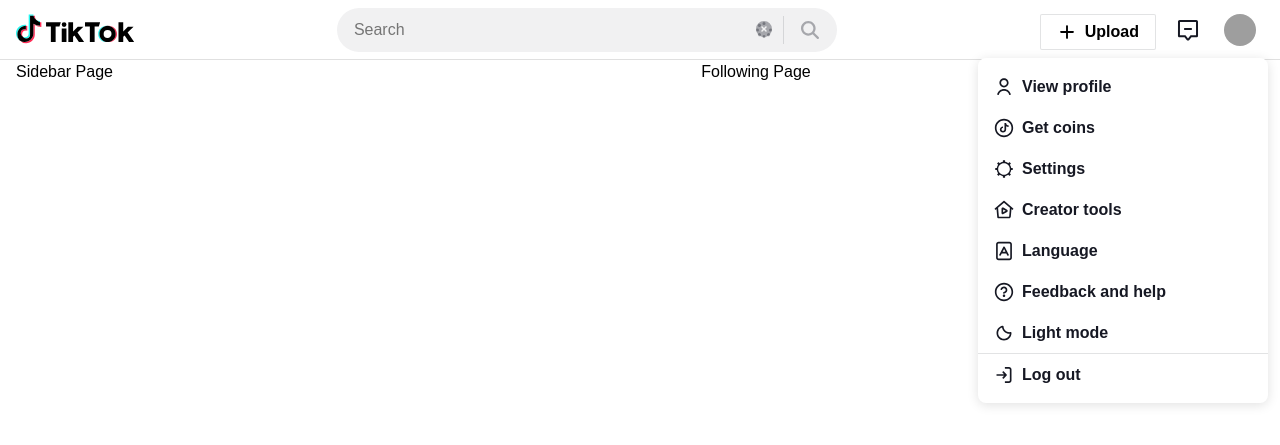
Repository: nvdao03/Tiktok
Page: /following
These files come from the project's save history. The page is drawn as it stood at one moment and after the next save; the edit follows.
The browser window is 1280 px wide. The pictures show the whole page.
Pictures or frames that could not be fetched are drawn as grey boxes. Some web fonts or font styles are not loaded; a fallback is used. The project was rebuilt for these pictures with package versions that can differ from the ones it lists, and the page was loaded fresh each time. Also part of the build but not shown: vite.config.js, src/components/AccountItem/AccountItem.module.scss, src/components/Popper/Menu/Header.jsx, src/components/Layout/HeaderOnly/index.jsx, src/pages/Home/index.jsx, src/pages/Profile/index.jsx, src/pages/Upload/index.jsx, src/pages/Search/index.jsx. Imported but missing from the stored project, and not drawn on this page: src/App.js.

Above is the page before, as saved 2025-01-08 23:07:48.

After the next save:
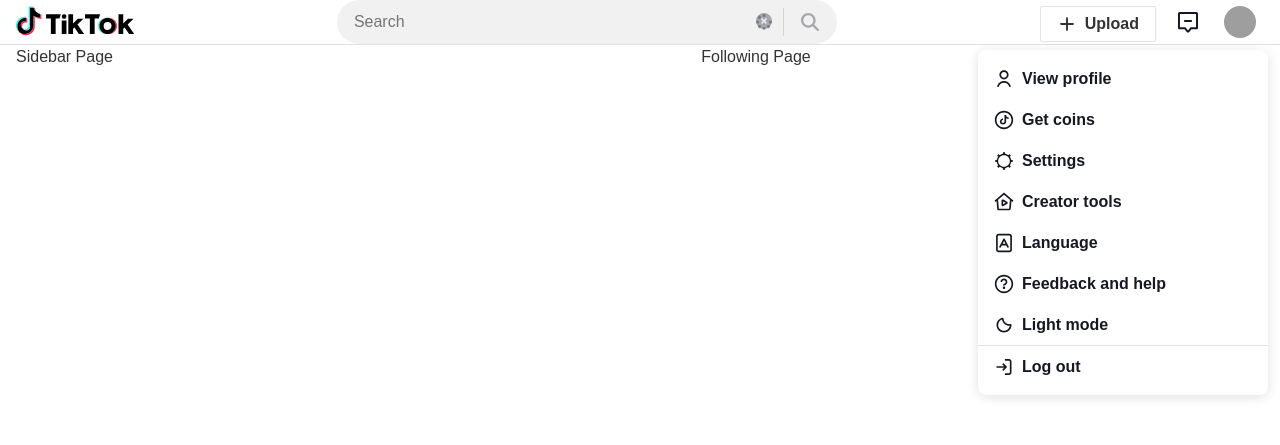
Saved 68 s later.
--- a/src/components/GlobalStyles/GlobalStyles.scss
+++ b/src/components/GlobalStyles/GlobalStyles.scss
@@ -145,13 +145,32 @@
   box-sizing: border-box;
 }
 
-:root {
-  --primary: #fe2c55;
-  --black: #000;
-  --white: #fff;
-
-  // Default Layout
-  --default-layout-header-height: 6rem;
+// :root {
+//   --primary: #fe2c55;
+//   --black: #000;
+//   --white: #fff;
+
+//   // Default Layout
+//   --default-layout-header-height: 6rem;
+// }
+
+:root[data-theme='light'] {
+  --background-color: #ffffff;
+  --text-color: #333333;
+  --primary-color: #fe2c55;
+  --secondary-background: #f8f8f8;
+}
+
+:root[data-theme='dark'] {
+  --background-color: #121212;
+  --text-color: #ffffff;
+  --primary-color: #fe2c55;
+  --secondary-background: #282828;
+}
+
+body {
+  background-color: var(--background-color);
+  color: var(--text-color);
 }
 
 // Start Fonts emmbeded
@@ -181,18 +200,6 @@
 
 html {
   font-size: 62.5%;
-}
-
-html.dark {
-  --primary: #fe2c55;
-  --black: #000;
-  --white: #fff;
-
-  // Colors
-  --text-color: rgba(255, 255, 255, 0.9);
-
-  // Default Layout
-  --default-layout-header-height: 6rem;
 }
 
 body {
